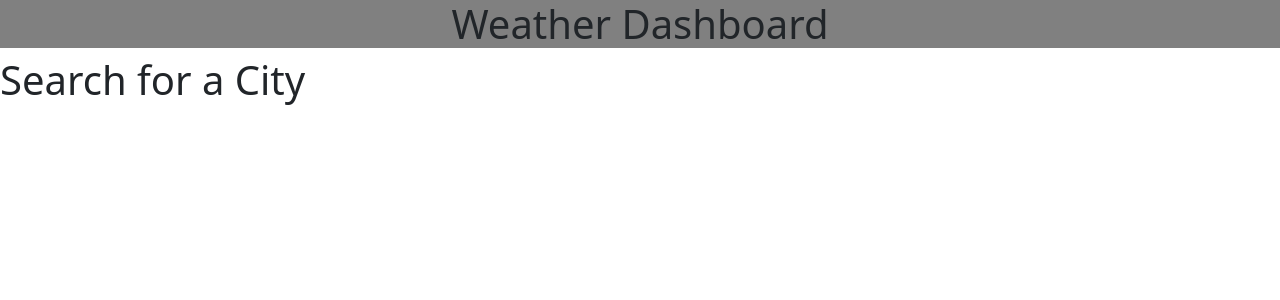
Repository: ziffoit/Weather_Dashboard
Page: index.html
The author's editor kept a copy of each file at every save. The page is drawn from the files as they stood at one save, then again after the next save.
The browser window is 1280 px wide. The pictures show the whole page.

Above is the page before, as saved 2021-03-24 23:00:37.

After the next save:
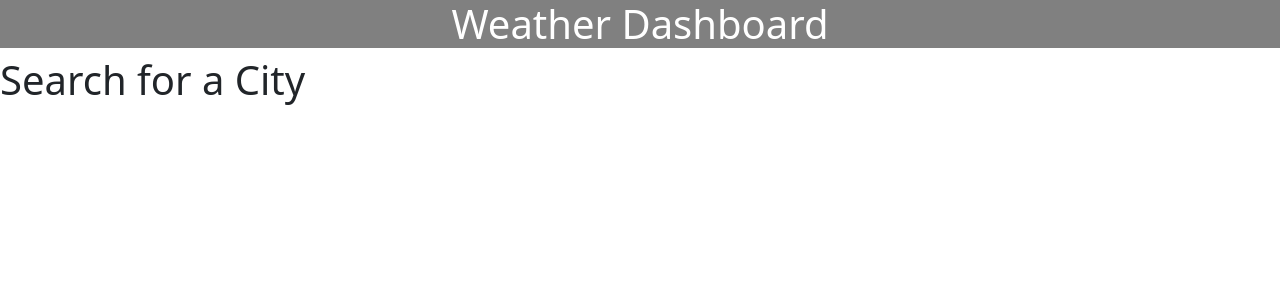
Saved 17 s later.
--- a/index.html
+++ b/index.html
@@ -13,7 +13,7 @@
   </head>
   <body>
     <header>
-      <h1 style="text-align: center; background-color: gray">
+      <h1 style="text-align: center; background-color: gray; color: white">
         Weather Dashboard
       </h1>
     </header>
